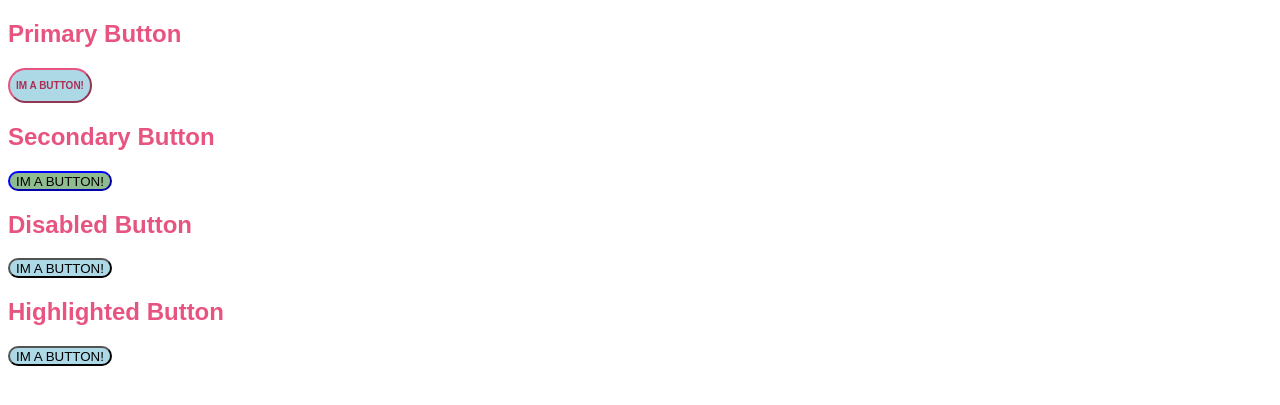
Repository: Jvien2/3126-repo
Page: index.html
An editor plug-in stored every save of this project. The page is shown before and after the next save, followed by the edit.
The browser window is 1280 px wide. The pictures show the whole page.

Above is the page before, as saved 2026-10-01 01:06:51.
Not found: code.js

### index.html
<!DOCTYPE html>
<html lang="en">
<head>
    <meta charset="UTF-8">
    <meta name="viewport" content="width=device-width, initial-scale=1.0">
    <title>Assignment 1</title>
    <link rel="stylesheet" href="style.css">
    <script src="code.js" defer></script>
</head>
<body>
    <!-- regular button -->
    <!-- <h2>No Modifier</h2>
        <button class="btn">IM A BUTTON!</button> -->

    <!-- prmary -->
    <h2>Primary Button</h2>
        <button class="btn btn-primary">IM A BUTTON!</button>

    <!-- secondary -->
    <h2>Secondary Button</h2>
         <button class="btn btn-secondary">IM A BUTTON!</button>

    <!-- disabled -->
    <h2>Disabled Button</h2>
         <button class="btn btn-disabled">IM A BUTTON!</button>

    <!-- highlighted -->
    <h2>Highlighted Button</h2>
         <button class="btn btn-highlight">IM A BUTTON!</button>

</body>
</html>

### style.css
h2 {
    color: #e75480;
    font-family: Arial, Helvetica, sans-serif;
}

.btn {
    width: fit-content;
    height: 20px;
    border-radius: 20px;
    background-color: lightblue;

}

.btn-primary {
    color:#ab2e53;
    height: 35px;
    font-size: 10px;
    font-weight: bold;
    border-color: #e75480;
}


.btn-secondary {
     background-color:darkseagreen;
     border-color: blue;
}

After the next save:
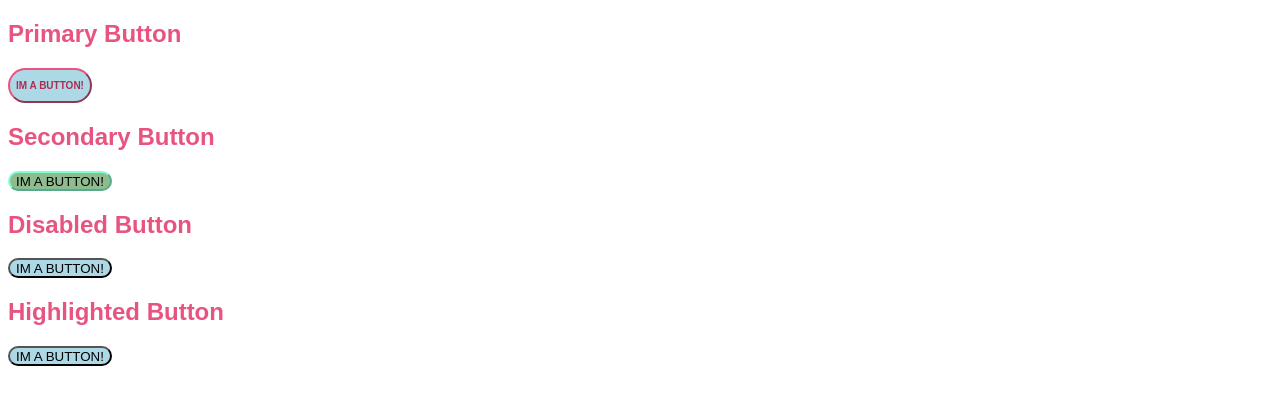
Saved 8 s later.
--- a/style.css
+++ b/style.css
@@ -22,5 +22,5 @@ h2 {
 
 .btn-secondary {
      background-color:darkseagreen;
-     border-color: blue;
+     border-color: aquamarine;
 }
